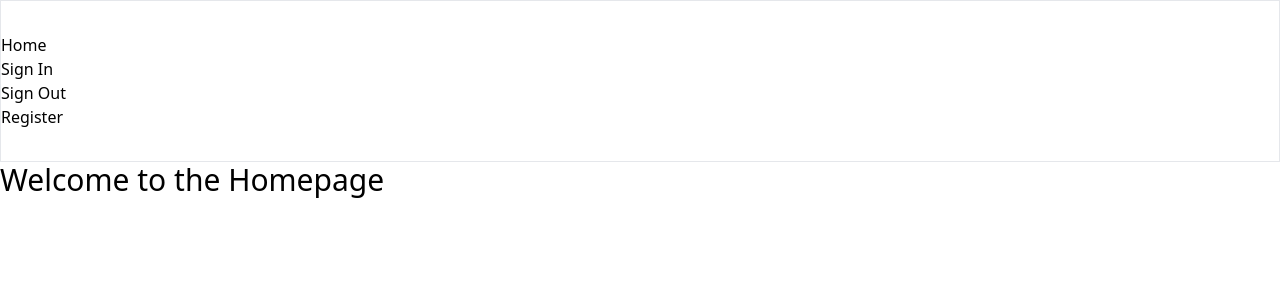
Repository: oderinde300/react-authentication-with-json-server
Page: /
An editor plug-in stored every save of this project. The page is shown before and after the next save, followed by the edit.
The browser window is 1280 px wide. The pictures show the whole page.
The project was rebuilt for these pictures with package versions that can differ from the ones it lists, and the page was loaded fresh each time. Also part of the build but not shown: src/components/authentication/Login.jsx, src/pages/LoginPage.jsx.

Above is the page before, as saved 2023-03-22 12:28:27.

### src/App.js
import { Routes, Route } from "react-router-dom";
import HomePage from "./pages/HomePage";
import LoginPage from "./pages/LoginPage";

function App() {
  return (
    <div>
      <header>
        <nav className="border py-8">
          <p>Home</p>

          <ul>
            <li>Sign In</li>
            <li>Sign Out</li>
            <li>Register</li>
          </ul>
        </nav>
      </header>
      <Routes>
        <Route path="/" element={<HomePage />} />
        <Route path="/login" element={<LoginPage />} />
      </Routes>
    </div>
  );
}

export default App;

### src/pages/HomePage.jsx
import React from "react";

const HomePage = () => {
  return (
    <div>
      <h1 className="text-3xl">Welcome to the Homepage</h1>
    </div>
  );
};

export default HomePage;

Loaded but not shown: public/index.html (common file); src/index.js (common file); src/index.css (common file); tailwind.config.js (common file)

After the next save:
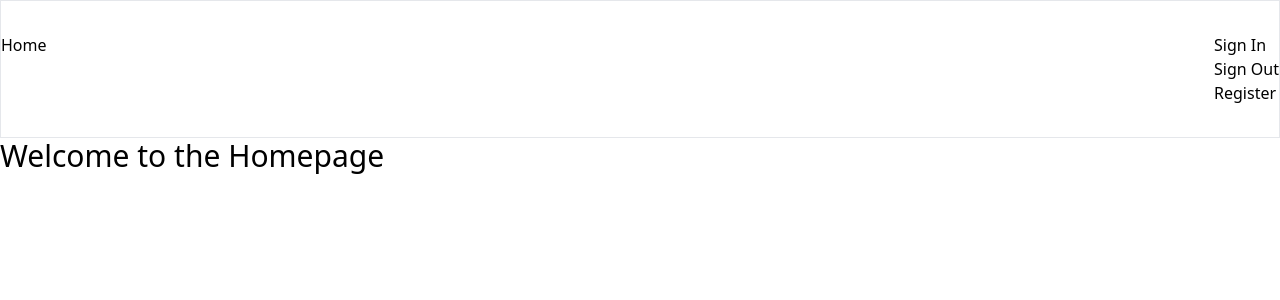
Saved 10 s later.
--- a/src/App.js
+++ b/src/App.js
@@ -6,7 +6,7 @@ function App() {
   return (
     <div>
       <header>
-        <nav className="border py-8">
+        <nav className="border py-8 flex justify-between">
           <p>Home</p>
 
           <ul>
